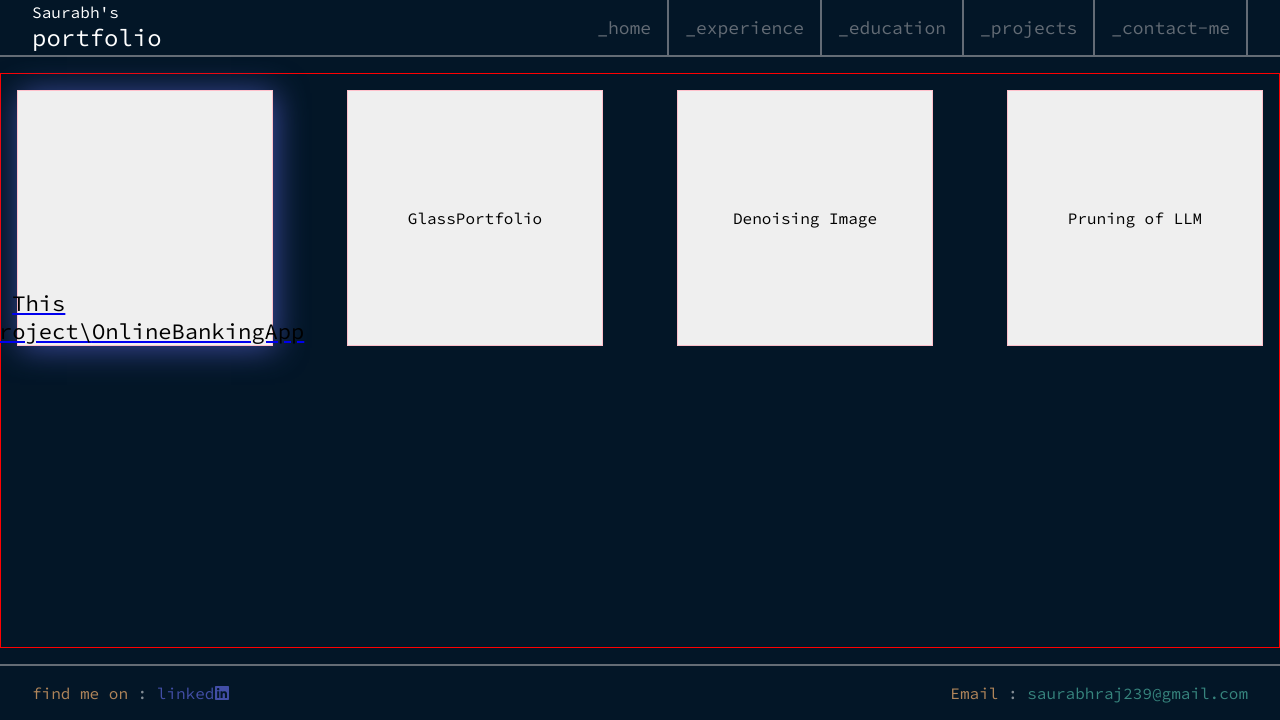
Repository: saurabhraj23/FrontendReactPortfolio
Page: /projects
These files come from the project's save history. The page is drawn as it stood at one moment and after the next save; the edit follows.
The browser window is 1280 px wide. The pictures show the whole page.
The pointer rests on the first visible `.project-item`.
The project was rebuilt for these pictures with package versions that can differ from the ones it lists, and the page was loaded fresh each time. Also part of the build but not shown: vite.config.js, src/components/Education.jsx, src/components/Experience.jsx, src/components/Contacts.jsx, src/styles/default-page.css, src/components/DefaultPage.jsx.

Above is the page before, as saved 2024-07-23 00:31:51.

After the next save:
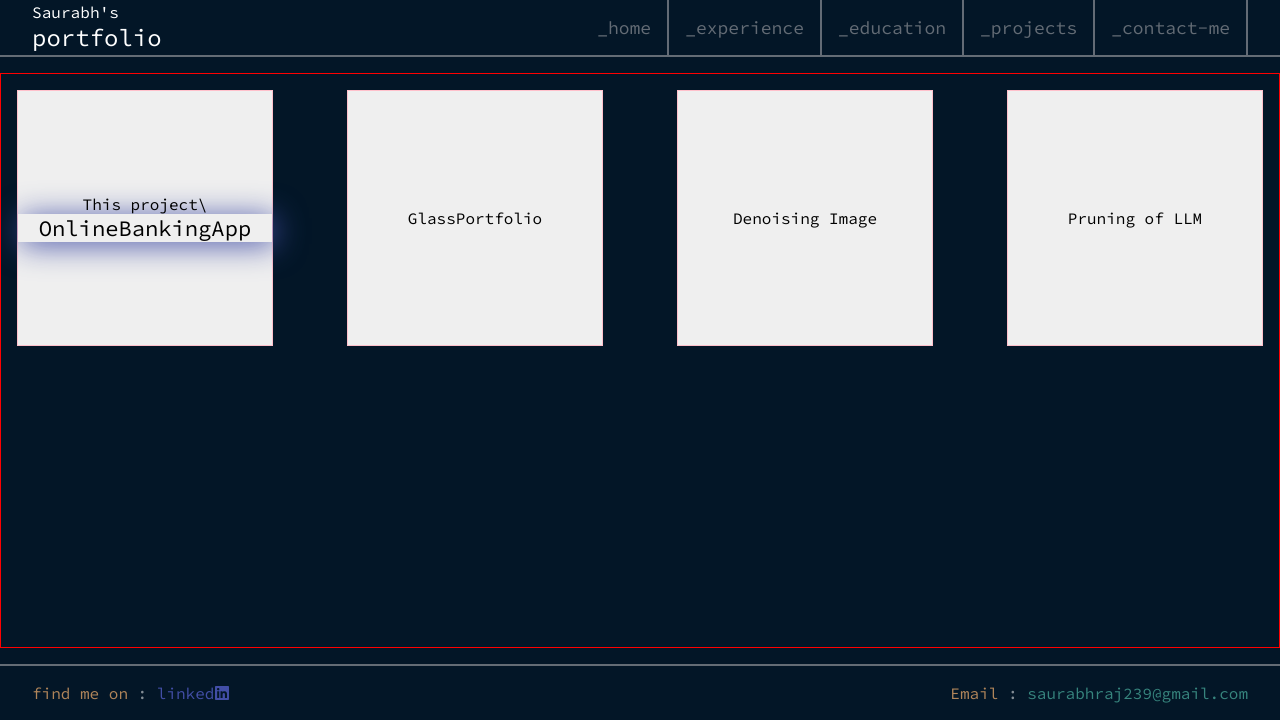
Saved 41 s later.
--- a/src/styles/project.css
+++ b/src/styles/project.css
@@ -18,7 +18,7 @@
 font-size: 1rem;
 }
 
-.project-item:hover{
+.project-item:hover span:nth-child(2){
 cursor: pointer;
 box-shadow: 0.2rem 0.2rem 2rem 0 var(--secondary-blue);
 display: flex;

After the 3 saves that followed:
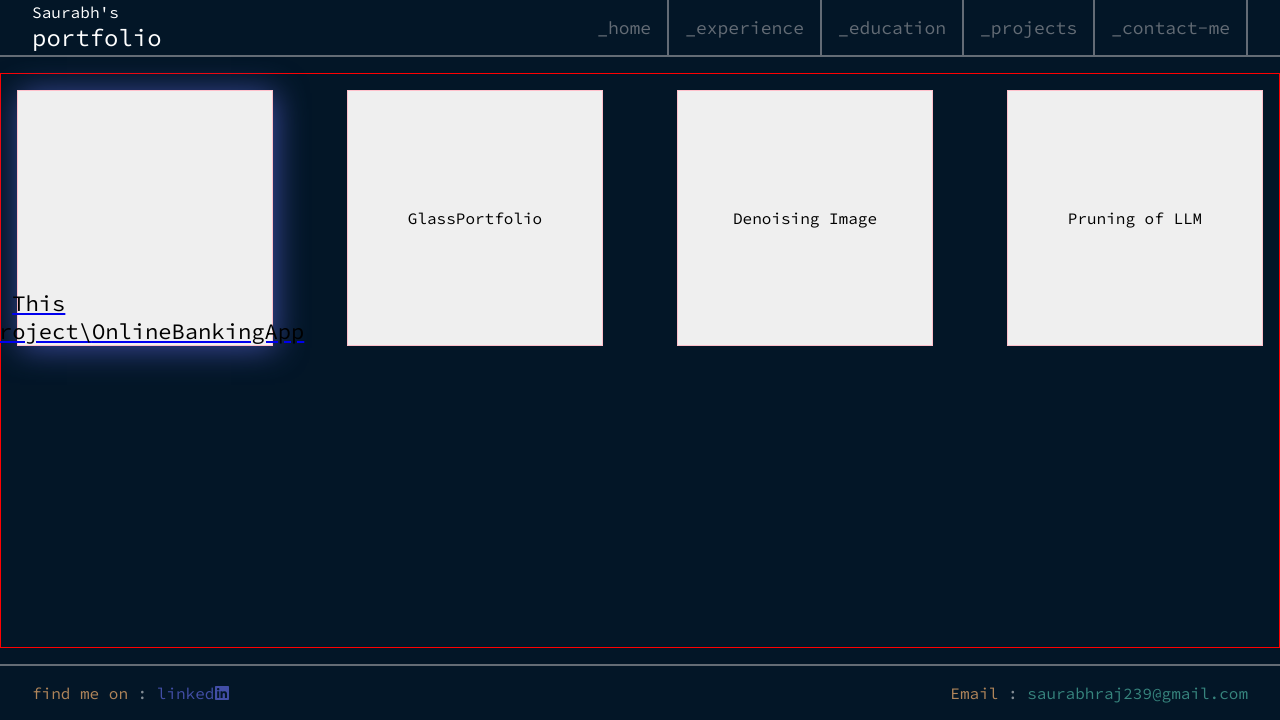
The 3 saves are shown as one change because 2 left the picture as it was.
The last was saved 68 s later.
--- a/src/styles/project.css
+++ b/src/styles/project.css
@@ -18,7 +18,7 @@
 font-size: 1rem;
 }
 
-.project-item:hover span:nth-child(2){
+.project-item:hover{
 cursor: pointer;
 box-shadow: 0.2rem 0.2rem 2rem 0 var(--secondary-blue);
 display: flex;
